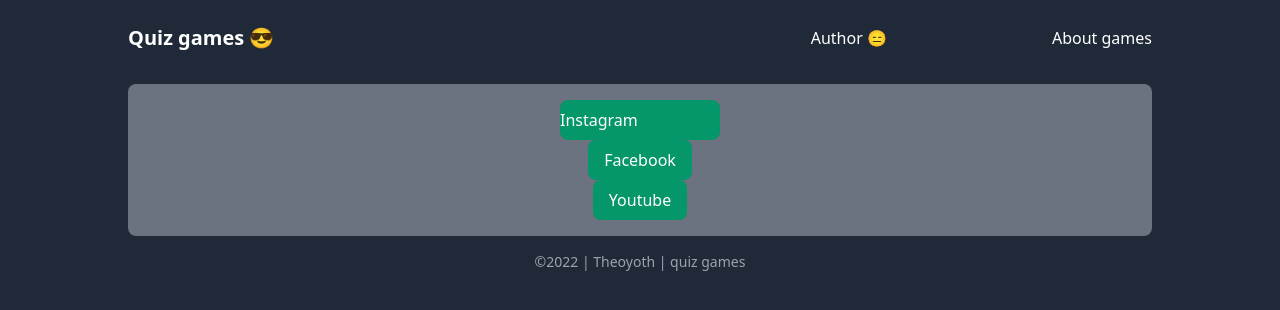
Repository: theoyoth/quiz-game
Page: /author
An editor plug-in stored every save of this project. The page is shown before and after the next save, followed by the edit.
The browser window is 1280 px wide. The pictures show the whole page.
The project was rebuilt for these pictures with package versions that can differ from the ones it lists, and the page was loaded fresh each time. The framework's server and built-in components were replaced by stand-ins that run in the browser. Also part of the build but not shown: nuxt.config.js, components/EndPage.vue, components/Loading.vue, layouts/404.vue, layouts/error.vue, layouts/errorLayout.vue.

Above is the page before, as saved 2022-06-16 20:10:56.

### assets/css/main.css
@tailwind base;
@tailwind components;
@tailwind utilities;


/* hide scrollbar */
/* ================================ */
* {
  /* for explorer, edge */
  -ms-overflow-style: none;
  /* for firefox */
  scrollbar-width: none;
}
::-webkit-scrollbar {
  /* for chrome, safari, and opera */
  display: none;
}
/* ================================ */

.correct {
  background-color: rgb(23, 87, 170);
}
.incorrect {
  background-color: rgb(204, 49, 41);
}

### components/Footer.vue
.<template>
  <div class="text-center mt-4">
    <p class="text-sm text-gray-400">&copy;2022 | Theoyoth | quiz games</p>
  </div>
</template>

<script>
export default {

}
</script>

### components/Header.vue
<template>
  <div class="flex justify-between items-center">
    <div>
      <h2 class="font-bold text-xl">
        <NuxtLink to="/">Quiz games 😎</NuxtLink>
      </h2>
    </div>
    <div class="lg:w-1/3 sm:w-1/2 md:w-1/3 xl:w-1/3 flex justify-between items-center">
      <NuxtLink to="/author">Author 😑</NuxtLink>
      <NuxtLink to="/about">About games</NuxtLink>
    </div>
  </div>
</template>

<script>
export default {

}
</script>

### components/Main.vue
<template>
  <div>
    <div class="lg:px-10 md:px-8 sm:px-4 xl:px-32 py-6 min-h-screen bg-gray-800 text-white">
    <Header />
      <NuxtChild />
    <Footer />
    </div>
  </div>
</template>

<script>
export default {

}
</script>

### layouts/default.vue
<template>
  <Main>
      <Nuxt />
  </Main>
</template>

### pages/author.vue
<template>
  <div>
    <div class="bg-gray-500 rounded-lg py-4 flex flex-col items-center justify-around mt-8">
      <a href="https://www.instagram.com/theoyoth/" target="_blank" class="bg-green-600 py-2 w-40 rounded-lg">
        <button>Instagram</button>
      </a>
      <a href="/game" target="_blank" class="bg-green-600 py-2 px-4 rounded-lg">
        <button>Facebook</button>
      </a>
      <a href="/game" target="_blank" class="bg-green-600 py-2 px-4 rounded-lg">
        <button>Youtube</button>
      </a>
    </div>
  </div>
</template>

<script>
export default {

}
</script>

### tailwind.config.js
/** @type {import('tailwindcss').Config} */
module.exports = {
  content: [
    "./components/**/*.{js,vue,ts}",
    "./layouts/**/*.vue",
    "./pages/**/*.vue",
    "./plugins/**/*.{js,ts}",
    "./nuxt.config.{js,ts}",
  ],
  theme: {
    extend: {},
    screens: {
      sm: "410px",
      md: "640px",
      lg: "770px",
      xl: "1024px",
    },
  },
  plugins: [],
};

After the next save:
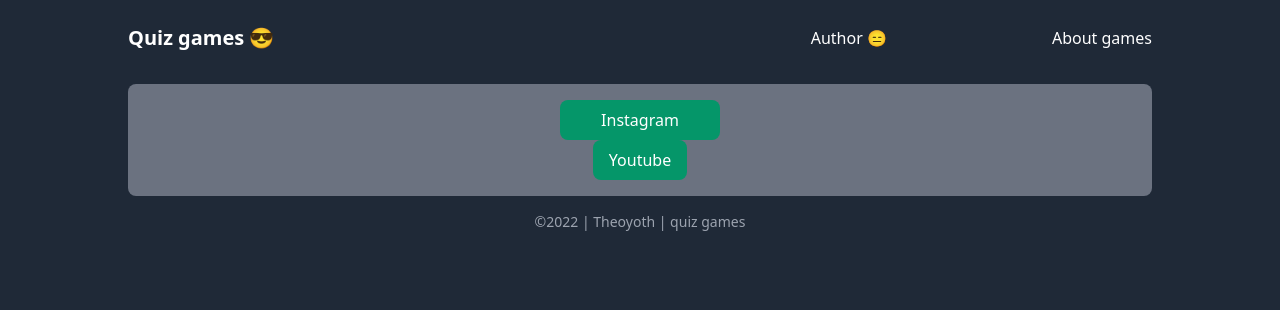
Saved 40 s later.
--- a/pages/author.vue
+++ b/pages/author.vue
@@ -1,13 +1,13 @@
 <template>
   <div>
     <div class="bg-gray-500 rounded-lg py-4 flex flex-col items-center justify-around mt-8">
-      <a href="https://www.instagram.com/theoyoth/" target="_blank" class="bg-green-600 py-2 w-40 rounded-lg">
+      <a href="https://www.instagram.com/theoyoth/" target="_blank" class="bg-green-600 py-2 w-40 rounded-lg text-center">
         <button>Instagram</button>
       </a>
-      <a href="/game" target="_blank" class="bg-green-600 py-2 px-4 rounded-lg">
+      <!-- <a href="/game" target="_blank" class="bg-green-600 py-2 px-4 rounded-lg text-center">
         <button>Facebook</button>
-      </a>
-      <a href="/game" target="_blank" class="bg-green-600 py-2 px-4 rounded-lg">
+      </a> -->
+      <a href="/game" target="_blank" class="bg-green-600 py-2 px-4 rounded-lg text-center">
         <button>Youtube</button>
       </a>
     </div>
